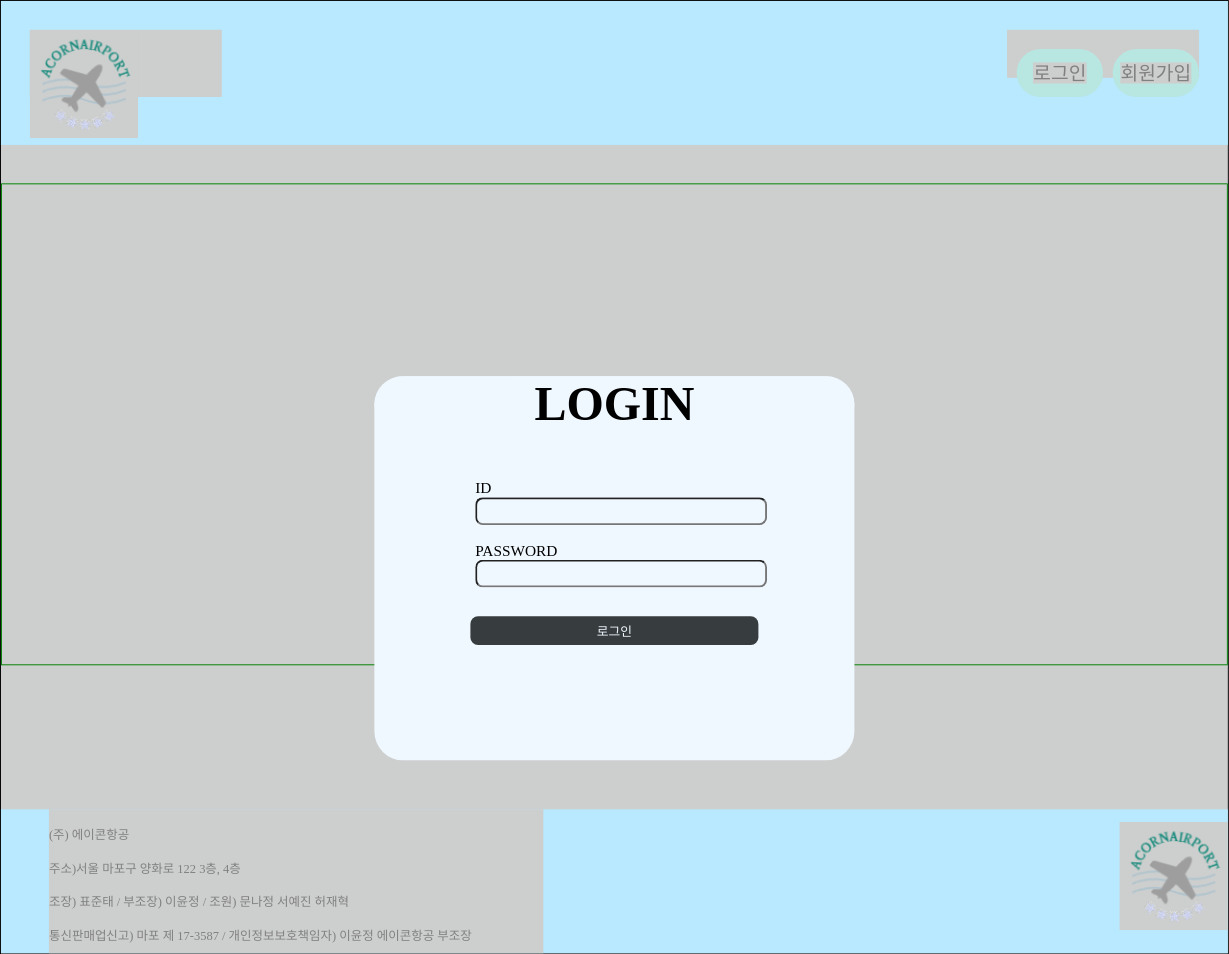
Repository: juntae710/Acorn_AirlineReservation_Project
Page: http://localhost/prj3_1/WEB-INF/views/h_login.jsp
The author's editor kept a copy of each file at every save. The page is drawn from the files as they stood at one save, then again after the next save.
The browser window is 1280 px wide. The pictures show the whole page, at 96% of full size.
The page is served by Tomcat 9. Nobody is signed in. Other server files are loaded and not shown. The template is opened directly, without the code that normally fills it, so the values that code supplies are empty.

Above is the page before, as saved 2023-09-20 03:26:16.

### Eclipse/prj3_1/src/main/webapp/WEB-INF/views/h_login.jsp
<%@ page language="java" contentType="text/html; charset=UTF-8"
	pageEncoding="UTF-8"%>
<!DOCTYPE html>
<html>
<link href="./css/HF.css" rel="stylesheet" type="text/css">
</head>
<link href="./css/Login.css" rel="stylesheet" type="text/css">
</head>

</head>

<body>

	<main>
		<header>
			<div class="headerimg">
				<img alt="이미지"
					src="<%=request.getContextPath()%>/img/acornairport.png">
			</div>

			<%
			String id = (String) session.getAttribute("id");
			%>

			<div class="headerAtag">
				<%
				if (id == null) {
				%>
				<div class="a_box">
					<a href="<%=request.getContextPath()%>/h_login">로그인</a>
				</div>
				<%

				%>
				<div class="a_box">
					<a href="<%=request.getContextPath()%>/l_join">회원가입</a>
				</div>
				<%
				} else {
				%>
				<p>
					아이디:
					<%=id%>님
				</p>
				<div class="a_box">
					<a href="<%=request.getContextPath()%>/h_logOut">로그아웃</a>
				</div>
				<div class="a_box">
					<a href="<%=request.getContextPath()%>/smain">마이페이지</a>
				</div>

				<%
				}
				%>
			</div>

		</header>

		<section>
			<div class="loginBox">
				<div class="loginHead">LOGIN</div>

				<form action="<%=request.getContextPath()%>/h_login" method="post">
					<div class="inputBox">
						<div class="inputName">
							ID <br> <input type="text" name="id">
						</div>
						<br>
						<div class="inputName">
							PASSWORD <br> <input type="password" name="pw"> <br>
						</div>
						<button>로그인</button>
					</div>
				</form>
			</div>



			<%
			String failMessage = (String) request.getAttribute("failMessage");
			%>
			<%
			if (failMessage != null) {
			%>
			<script>
            alert("<%=failMessage%>
				");
			</script>
			<%
			}
			%>
		</section>



		<footer>
			<div class="footer_info">
				<br>(주) 에이콘항공 <br> <br> 주소)서울 마포구 양화로 122 3층, 4층 <br>
				<br> 조장) 표준태 / 부조장) 이윤정 / 조원) 문나정 서예진 허재혁 <br> <br>
				통신판매업신고) 마포 제 17-3587 / 개인정보보호책임자) 이윤정 에이콘항공 부조장
			</div>
			<div class="footer_img">
				<img alt="이미지"
					src="<%=request.getContextPath()%>/img/acornairport.png">
			</div>
		</footer>
	</main>


</body>
</html>

### Eclipse/prj3_1/src/main/webapp/css/HF.css
@charset "UTF-8";

* {
	margin: 0;
}

main {
	border: 1px solid black;
}

header {
	background-color: #B8E9FF;
	height: 150px;
	display: flex;
	position: relative;
}

.headerimg {
	width: 200px;
	height: 70px;
	position: absolute;
	left: 30px;
	top: 30px;
}

.headerAtag {
	display: flex;
	width: 200px;
	height: 50px;
	position: absolute;
	right: 30px;
	top: 30px;
	text-align: center;
}

section {
	border: 1px solid green;
	height: 500px;
	margin-top: 40px;
}

footer {
	height: 150px;
	margin-top: 150px;
	margin-bottom: 0px;
	display: flex;
	background-color: #B8E9FF ;
}
a{
	color: gray;
	text-decoration: none;
	}


.a_box{
		margin-top: 20px;
		border-radius: 40px;
		background-color: #B8E6E1;
		width: 100px;
		height: 50px;
		line-height: 50px;
		margin-left: 10px;
		font-size: 20px;
		}

.footer_info {
	margin-left: 50px;
	width: 1000px;
	font-size: 13px;
	color: gray;
}

.footer_img {
	width: 200px;
	height: 100px;
	margin-left: 600px;
	margin-top: 13px;
}

### Eclipse/prj3_1/src/main/webapp/css/Login.css
@charset "UTF-8";

* {
	margin: 0;
	padding: 0;
	background-color: rgb(205, 207, 206);
}

.loginBox {
	width: 500px;
	height: 400px;
	margin: 0 auto;
	margin-top: 200px;
	background-color: aliceblue;
	border-radius: 30px
}

form {
	width: 300px;
	margin: 0 auto;
	margin-top: 30px;
	background-color: aliceblue;
}

.loginHead {
	font-size: 50px;
	font-weight: bolder;
	text-align: center;
	background-color: aliceblue;
	border-radius: 30px
}

.inputBox {
	margin-top: 50px;
	background-color: aliceblue;
}

.inputName {
	margin-left: 5px;
	background-color: aliceblue;
}

input {
	height: 25px;
	width: 300px;
	background-color: aliceblue;
	border-radius: 8px;
}

button {
	width: 300px;
	height: 30px;
	background-color: rgb(55, 61, 63);
	margin-top: 30px;
	color: aliceblue;
	border-radius: 8px;
	border: none;
}

button:active {
	background-color: rgb(152, 153, 153);
}

After the next save:
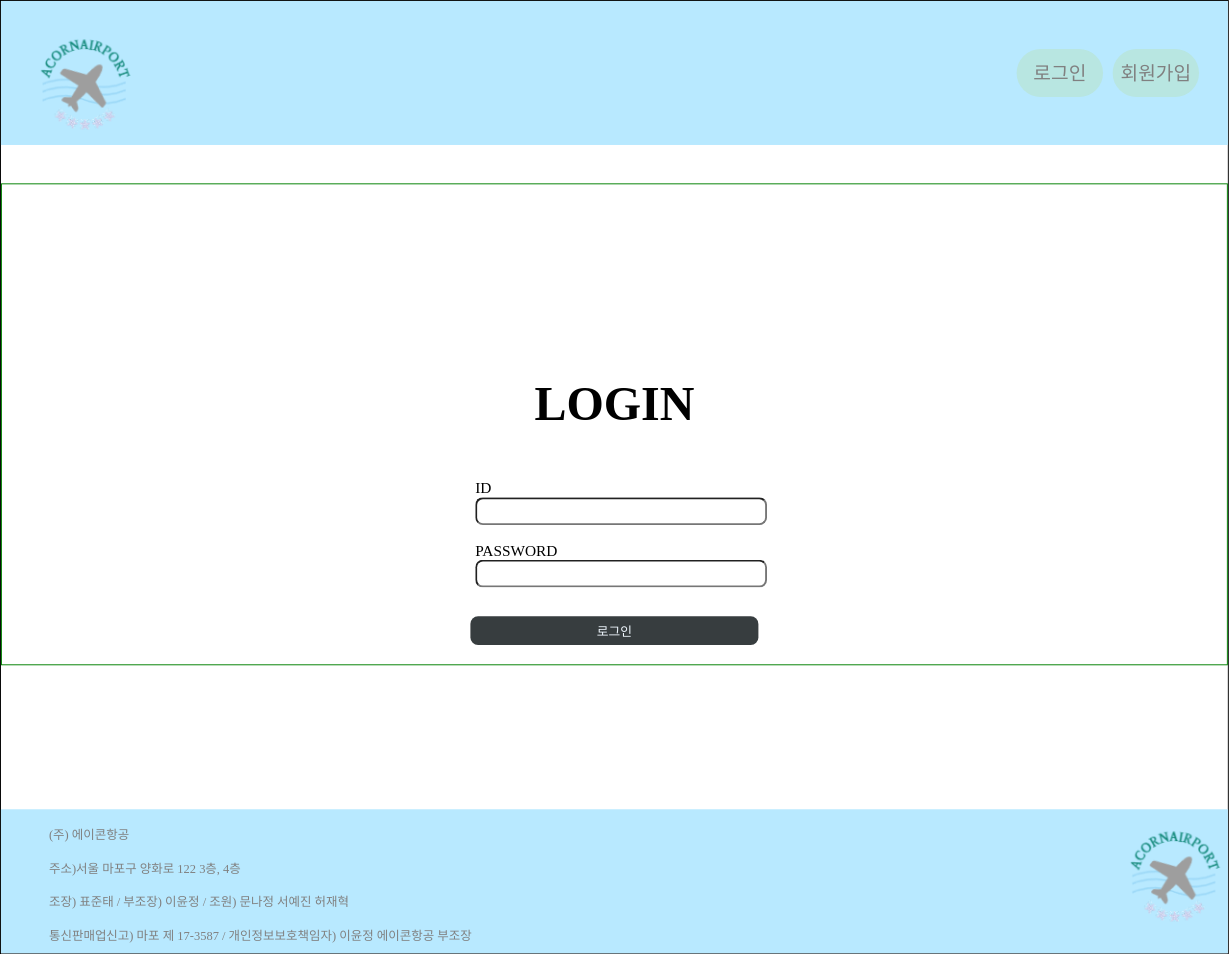
Saved 66 s later.
--- a/Eclipse/prj3_1/src/main/webapp/css/Login.css
+++ b/Eclipse/prj3_1/src/main/webapp/css/Login.css
@@ -3,7 +3,6 @@
 * {
 	margin: 0;
 	padding: 0;
-	background-color: rgb(205, 207, 206);
 }
 
 .loginBox {
@@ -11,7 +10,6 @@
 	height: 400px;
 	margin: 0 auto;
 	margin-top: 200px;
-	background-color: aliceblue;
 	border-radius: 30px
 }
 
@@ -19,31 +17,26 @@ form {
 	width: 300px;
 	margin: 0 auto;
 	margin-top: 30px;
-	background-color: aliceblue;
 }
 
 .loginHead {
 	font-size: 50px;
 	font-weight: bolder;
 	text-align: center;
-	background-color: aliceblue;
 	border-radius: 30px
 }
 
 .inputBox {
 	margin-top: 50px;
-	background-color: aliceblue;
 }
 
 .inputName {
 	margin-left: 5px;
-	background-color: aliceblue;
 }
 
 input {
 	height: 25px;
 	width: 300px;
-	background-color: aliceblue;
 	border-radius: 8px;
 }
 
